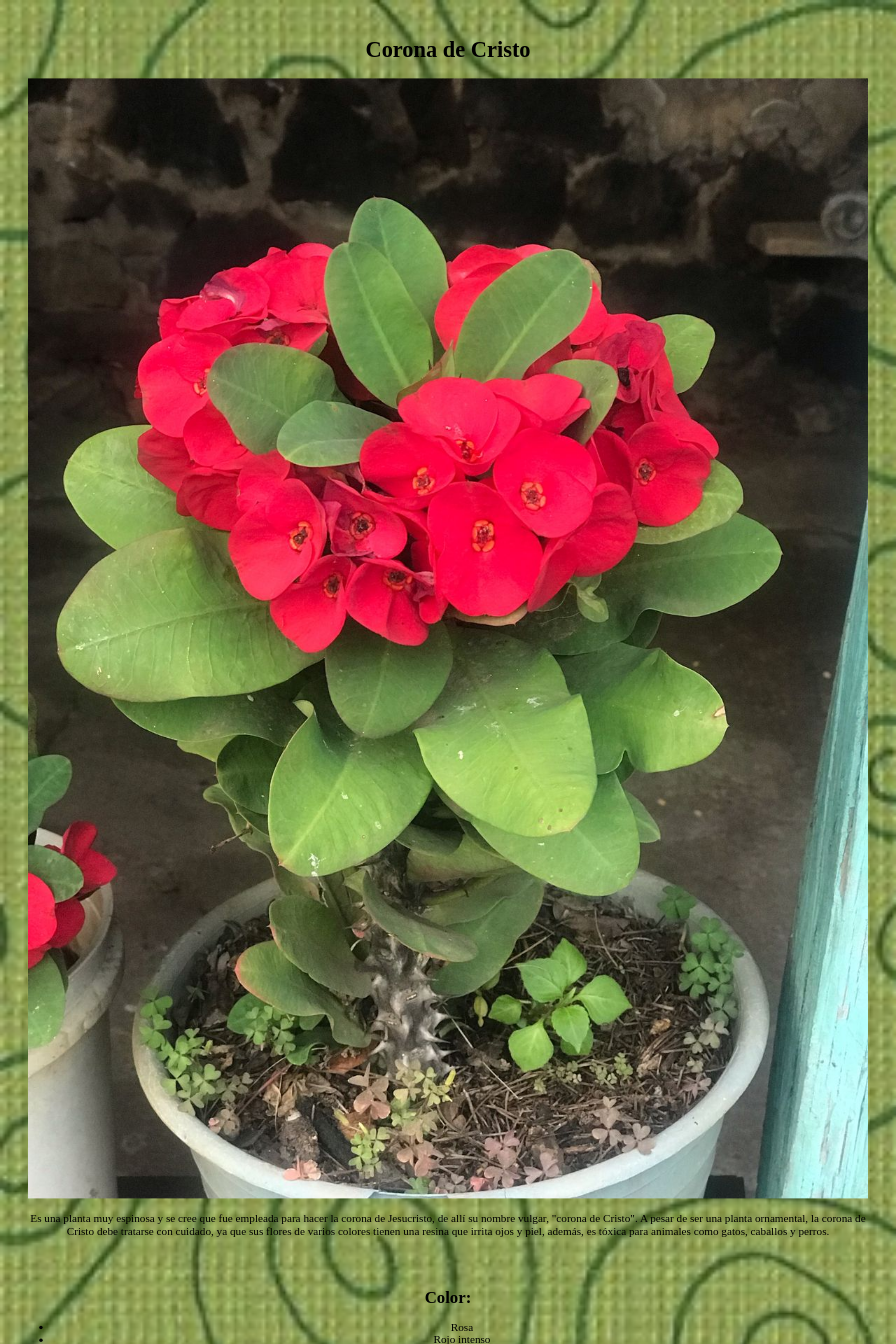
Repository: carrascokarencb37-afk/Nuura
Page: html/guiaPlant/planta1.html
An editor plug-in stored every save of this project. The page is shown before and after the next save, followed by the edit.
The browser window is 1280 px wide. The pictures show the part of the page from y = 0 to 1920 px (the page is 3339 px tall before and 3387 px after), at 70% of full size.

Above is the page before, as saved 2026-05-22 23:03:20.

### html/guiaPlant/planta1.html
<!DOCTYPE html>
<html lang="en">
<head>
    <meta charset="UTF-8">
    <meta name="viewport" content="width=device-width, initial-scale=1.0">
    <title>Nuura - Corona de Cristo</title>
    <link rel="stylesheet" href="../css/guiasPlant.css">
</head>
<body>
    <h1>Corona de Cristo</h1>

    <div class="container">
        <img class="foto" src="../img/plantas/coronita.jpg">
        <p>Es una planta muy espinosa y se cree que fue empleada para hacer
            la corona de Jesucristo, de allí su nombre vulgar, "corona de Cristo".
            A pesar de ser una planta ornamental, la corona de Cristo debe tratarse
            con cuidado, ya que sus flores de varios colores tienen una resina que
            irrita ojos y piel, además, es tóxica para animales como gatos, caballos y
            perros.</p><br><br>

        <h2>Color:</h2>
        <ul>
            <li>Rosa</li>
            <li>Rojo intenso</li>
            <li>Amarillo</li>
            <li>Blanco</li>
            <li>Naranja</li>
        </ul>
        <br><br>

        <h2>Olor:</h2>
        <p>La corona de Cristo tiene un aroma muy suave o casi imperceptible. No
            destaca por su fragancia, sino por su apariencia ornamenatal.</p>
        <br><br>

        <h2>Tamaño:</h2>
        <ul>
            <li>En maceta: entre 30cm y 1 metro</li>
            <li>En jardín: puede alcanzar hasta .5 metros</li>
        </ul>
        <br><br>

        <h1>CUIDADOS</h1>
        <h2> ¿Cuánto sol necesita?</h2>
        <p>Minimo a 4 a 6 horas de sol directo al día.</p>
        <p>Mientras más luz tenga, más flores producirá.</p>
        <br><br>

        <h2>Puede vivir en:</h2>
        <ul>
            <li>Patios</li>
            <li>Terrazas</li>
            <li>Jardines soleados</li>
            <li>Ventanas iluminadas</li>
        </ul>
        <br><br>

        <h2>¿Cuánta agua necesita?</h2>
        <p>Riego moderado, cada 1 o 2 veces a la semana en clima cálido.</p>
        <p>En invierno, reducir el riego a cada 10 o 15 dias.</p>

        <h2>IMPORTANTE!</h2>
        <p>No encharcar la tierra, porque sus raíces pueden pudrirse.</p>
        <br><br>

        <h2>Poda</h2>
        <p>Se recomienda podar la corona de Cristo después de la floración para mantener su forma y promover el crecimiento de nuevas ramas.</p>
        <p>Retirar hojas secas, flores marchitas y ramas dañadas</p>
        <br><br>

        <h2>Dato interesnte</h2>
        <p>La corona de Cristo es originaria de México y América Central, pero se ha cultivado en todo el mundo como planta ornamental debido a su belleza y facilidad de cuidado.</p>
        <p>Es muy popular porque florece casi todo el año, necesita poco mantenimiento, soporta calor intenso y es ideal para principiantes.</p>

        <h2></h2>

    </div>
</body>
</html>

### css/guiasPlant.css
/*Importar fuente chewy*/
@font-face {
    font-family: 'chewy';
    src: url(../fonts/Chewy-Regular.ttf) format('truetype');
    font-weight: normal;
    font-style: normal;
}
body {
    background-image: url(../img/fondo_medio.jpg);
    background-size: cover;
    margin: 0;
    justify-content: center;
    text-align: center;
    padding: 2rem;
}

After the next save:
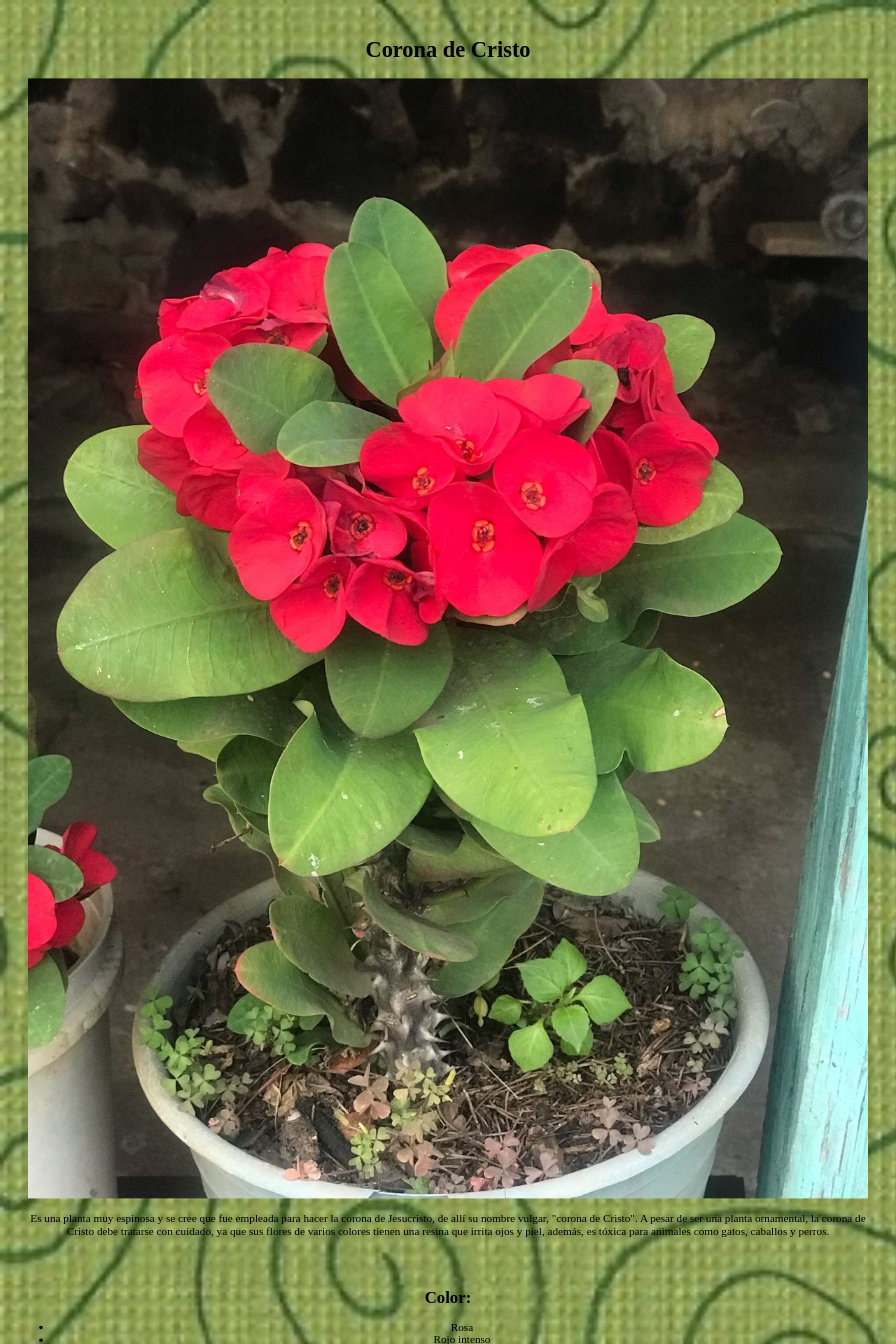
Saved 16 s later.
--- a/html/guiaPlant/planta1.html
+++ b/html/guiaPlant/planta1.html
@@ -72,7 +72,7 @@
         <p>La corona de Cristo es originaria de México y América Central, pero se ha cultivado en todo el mundo como planta ornamental debido a su belleza y facilidad de cuidado.</p>
         <p>Es muy popular porque florece casi todo el año, necesita poco mantenimiento, soporta calor intenso y es ideal para principiantes.</p>
 
-        <h2></h2>
+        <h2>✨ literalmente una plantita superviviente del desierto con energía de: “yo puedo sola” 🌵👑</h2>
 
     </div>
 </body>
